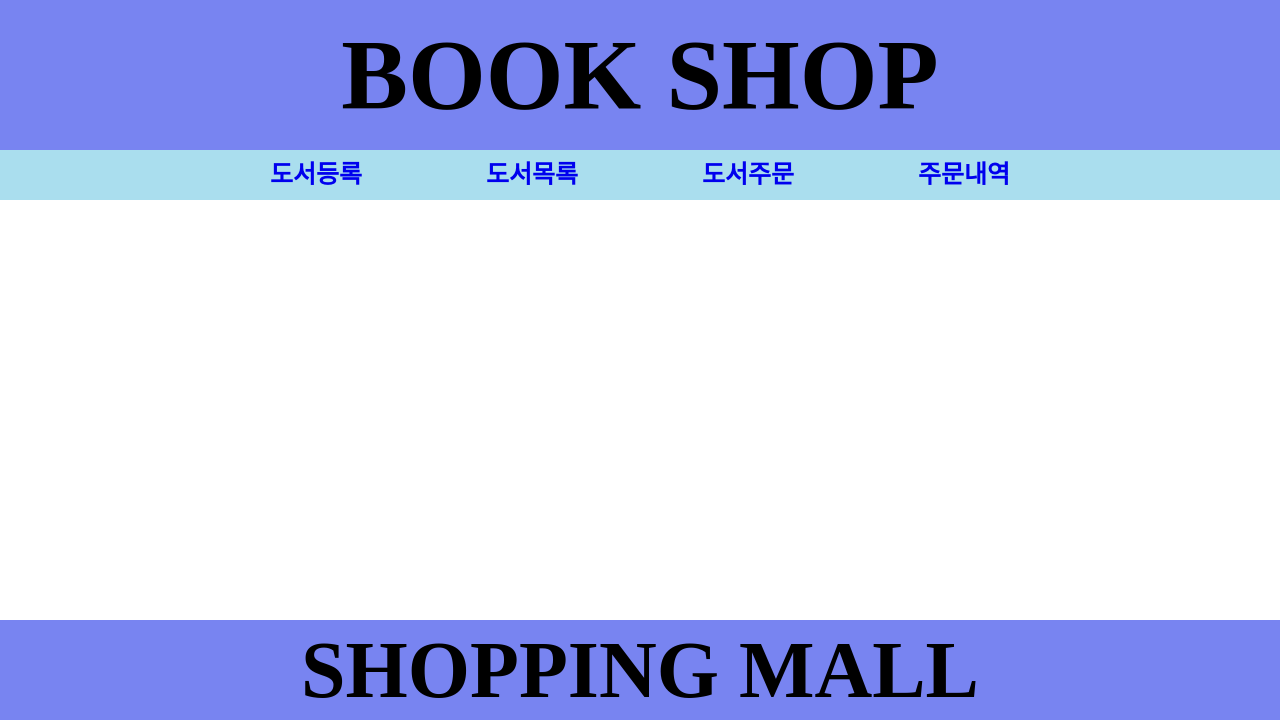
Repository: eunmiyo/BookShop
Page: http://localhost/Book/order.jsp
These files come from the project's save history. The page is drawn as it stood at one moment and after the next save; the edit follows.
The browser window is 1280 px wide. The pictures show the whole page.
The page is served by Tomcat 9.

Above is the page before, as saved 2022-12-29 08:49:04.

After the next save:
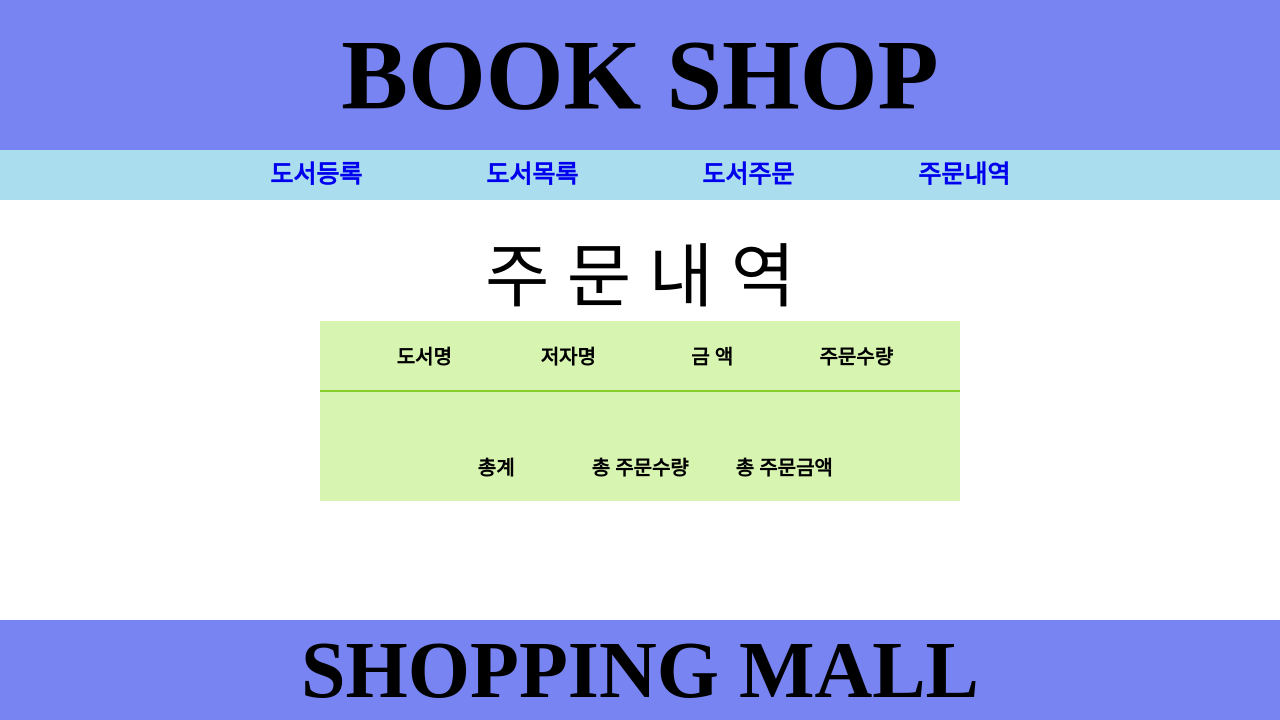
Saved 8 min 33 s later.
--- a/Book/src/main/webapp/order.jsp
+++ b/Book/src/main/webapp/order.jsp
@@ -13,9 +13,25 @@
 <link rel="stylesheet" href="style.css">
 </head>
 <body>
-<%@ include file="top.jsp"%>
+	<%@ include file="top.jsp"%>
+		<table>
+				<caption>주 문 내 역</caption>
+				<tr class="bar">
+					<th>도서명</th>
+					<th>저자명</th>
+					<th>금 액</th>
+					<th>주문수량</th>
+				</tr>
+				<tr>
+					<td></td>
+				</tr>
+				<tr>
+					<th>총계</th>
+					<th>총 주문수량</th>
+					<th>총 주문금액</th>
+				</tr>
 
-
-<%@ include file="footer.jsp"%>
+		</table>
+	<%@ include file="footer.jsp"%>
 </body>
 </html>
